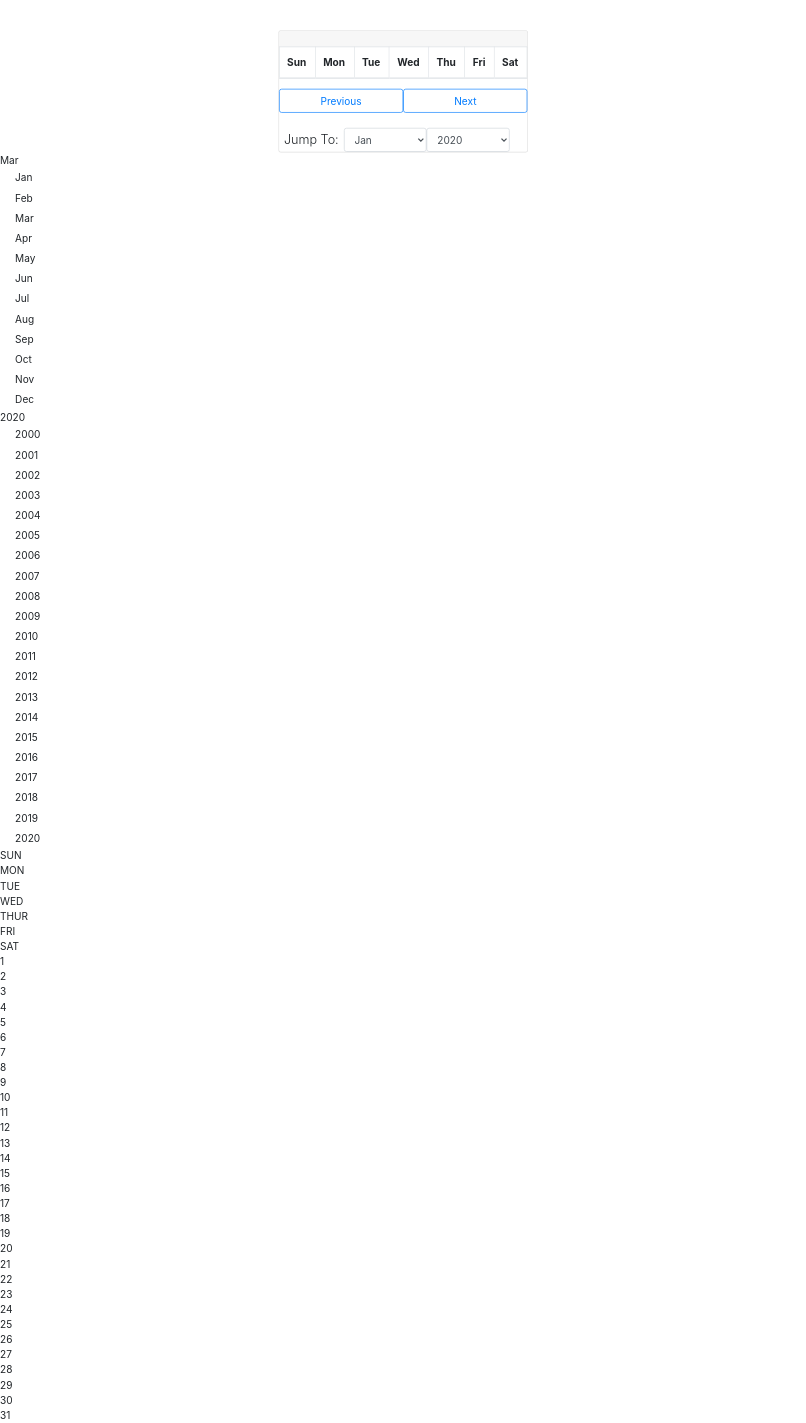
Repository: kkyler24/DayPlanner
Page: Index.html
An editor plug-in stored every save of this project. The page is shown before and after the next save, followed by the edit.
The browser window is 1280 px wide. The pictures show the whole page, at 63% of full size.
Some web libraries are served in a nearby version.

Above is the page before, as saved 2020-03-25 13:14:49.

### Index.html
<!DOCTYPE html>
<html lang="en">
<head>
    <meta charset="UTF-8">
    <meta name="viewport" content="width=device-width, initial-scale=1.0">
    <!-- Style Sheets -->
    <link rel="stylesheet" href="https://maxcdn.bootstrapcdn.com/bootstrap/4.0.0/css/bootstrap.min.css" integrity="sha384-Gn5384xqQ1aoWXA+058RXPxPg6fy4IWvTNh0E263XmFcJlSAwiGgFAW/dAiS6JXm" crossorigin="anonymous">
    <link rel="text/CSS"  href="style.css">
    <title>Planner</title>
</head>
<body>
<Main>
<Section>
    <div class="container col-sm-4 col-md-7 col-lg-4 mt-5">
        <div class="card">
            <h3 class="card-header" id="monthAndYear"></h3>
            <table class="table table-bordered table-responsive-md" id="calendar">
                <thead>
                <tr>
                    <th>Sun</th>
                    <th>Mon</th>
                    <th>Tue</th>
                    <th>Wed</th>
                    <th>Thu</th>
                    <th>Fri</th>
                    <th>Sat</th>
                </tr>
                </thead>

                <tbody id="calendar-body">

                </tbody>
            </table>

            <div class="form-inline">

                <button class="btn btn-outline-primary col-sm-6" id="previous" onclick="previous()">Previous</button>

                <button class="btn btn-outline-primary col-sm-6" id="next" onclick="next()">Next</button>
            </div>
            <br/>
            <form class="form-inline">
                <label class="lead mr-2 ml-2" for="month">Jump To: </label>
                <select class="form-control col-sm-4" name="month" id="month" onchange="jump()">
                    <option value=0>Jan</option>
                    <option value=1>Feb</option>
                    <option value=2>Mar</option>
                    <option value=3>Apr</option>
                    <option value=4>May</option>
                    <option value=5>Jun</option>
                    <option value=6>Jul</option>
                    <option value=7>Aug</option>
                    <option value=8>Sep</option>
                    <option value=9>Oct</option>
                    <option value=10>Nov</option>
                    <option value=11>Dec</option>
                </select>


                <label for="year"></label><select class="form-control col-sm-4" name="year" id="year" onchange="jump()">

                <option value=2020>2020</option>
                <option value=2021>2021</option>
                <option value=2022>2022</option>
                <option value=2023>2023</option>
                <option value=2024>2024</option>
                <option value=2025>2025</option>
                <option value=2026>2026</option>
                <option value=2027>2027</option>
                <option value=2028>2028</option>
                <option value=2029>2029</option>
                <option value=2030>2030</option>
                <option value=2030>2030</option>
                <option value=2030>2030</option>
                <option value=2030>2030</option>
                <option value=2030>2030</option>
            </select></form>
        </div>
    </div>
    <!--<button name="jump" onclick="jump()">Go</button>-->
    <div class="calendar" id="calendar">
        <div class="calendar-btn month-btn" onclick="$('#months').toggle('fast')">
            <span id="curMonth"></span>
            <div id="months" class="months dropdown"></div>
        </div>

        <div class="calendar-btn year-btn" onclick="$('#years').toggle('fast')">
            <span id="curYear"></span>
            <div id="years" class="years dropdown"></div>
        </div>

        <div class="clear"></div>

        <div class="calendar-dates">
            <div class="days">
                <div class="day label">SUN</div>
                <div class="day label">MON</div>
                <div class="day label">TUE</div>
                <div class="day label">WED</div>
                <div class="day label">THUR</div>
                <div class="day label">FRI</div>
                <div class="day label">SAT</div>

                <div class="clear"></div>
            </div>

            <div id="calendarDays" class="days">
            </div>
        </div>
    </div>

</Section>
</Main>
<script src="https://code.jquery.com/jquery-3.2.1.slim.min.js" integrity="sha384-KJ3o2DKtIkvYIK3UENzmM7KCkRr/rE9/Qpg6aAZGJwFDMVNA/GpGFF93hXpG5KkN" crossorigin="anonymous"></script>
<script src="https://cdnjs.cloudflare.com/ajax/libs/popper.js/1.12.9/umd/popper.min.js" integrity="sha384-ApNbgh9B+Y1QKtv3Rn7W3mgPxhU9K/ScQsAP7hUibX39j7fakFPskvXusvfa0b4Q" crossorigin="anonymous"></script>
<script src="https://maxcdn.bootstrapcdn.com/bootstrap/4.0.0/js/bootstrap.min.js" integrity="sha384-JZR6Spejh4U02d8jOt6vLEHfe/JQGiRRSQQxSfFWpi1MquVdAyjUar5+76PVCmYl" crossorigin="anonymous"></script>
<!-- <script src="https://cdnjs.cloudflare.com/ajax/libs/jquery/3.2.1/jquery.min.js"></script> -->
<Script src="javascript.js"></Script>
</body>
</html>

### javascript.js
var months = ["Jan", "Feb", "Mar", "Apr", "May", "Jun", "Jul", "Aug", "Sep", "Oct", "Nov", "Dec"];
var startYear = 2000;
var endYear = 2020;
var month = 0;
var year = 0;

function loadCalendarMonths() {
    for (var i = 0; i < months.length; i++) {
        var doc = document.createElement("div");
        doc.innerHTML = months[i];
        doc.classList.add("dropdown-item");

        doc.onclick = (function () {
            var selectedMonth = i;
            return function () {
                month = selectedMonth;
                document.getElementById("curMonth").innerHTML = months[month];
                loadCalendarDays();
                return month;
            }
        })();

        document.getElementById("months").appendChild(doc);
    }
}

function loadCalendarYears() {
    document.getElementById("years").innerHTML = "";

    for (var i = startYear; i <= endYear; i++) {
        var doc = document.createElement("div");
        doc.innerHTML = i;
        doc.classList.add("dropdown-item");

        doc.onclick = (function () {
            var selectedYear = i;
            return function () {
                year = selectedYear;
                document.getElementById("curYear").innerHTML = year;
                loadCalendarDays();
                return year;
            }
        })();

        document.getElementById("years").appendChild(doc);
    }
}

function loadCalendarDays() {
    document.getElementById("calendarDays").innerHTML = "";

    var tmpDate = new Date(year, month, 0);
    var num = daysInMonth(month, year);
    var dayofweek = tmpDate.getDay();       // find where to start calendar day of week

    for (var i = 0; i <= dayofweek; i++) {
        var d = document.createElement("div");
        d.classList.add("day");
        d.classList.add("blank");
        document.getElementById("calendarDays").appendChild(d);
    }

    for (var i = 0; i < num; i++) {
        var tmp = i + 1;
        var d = document.createElement("div");
        d.id = "calendarday_" + i;
        d.className = "day";
        d.innerHTML = tmp;

        document.getElementById("calendarDays").appendChild(d);
    }

    var clear = document.createElement("div");
    clear.className = "clear";
    document.getElementById("calendarDays").appendChild(clear);
}

function daysInMonth(month, year)
{
    var d = new Date(year, month+1, 0);
    return d.getDate();
}

window.addEventListener('load', function () {
    var date = new Date();
    month = date.getMonth();
    year = date.getFullYear();
    document.getElementById("curMonth").innerHTML = months[month];
    document.getElementById("curYear").innerHTML = year;
    loadCalendarMonths();
    loadCalendarYears();
    loadCalendarDays();
});

After the next save:
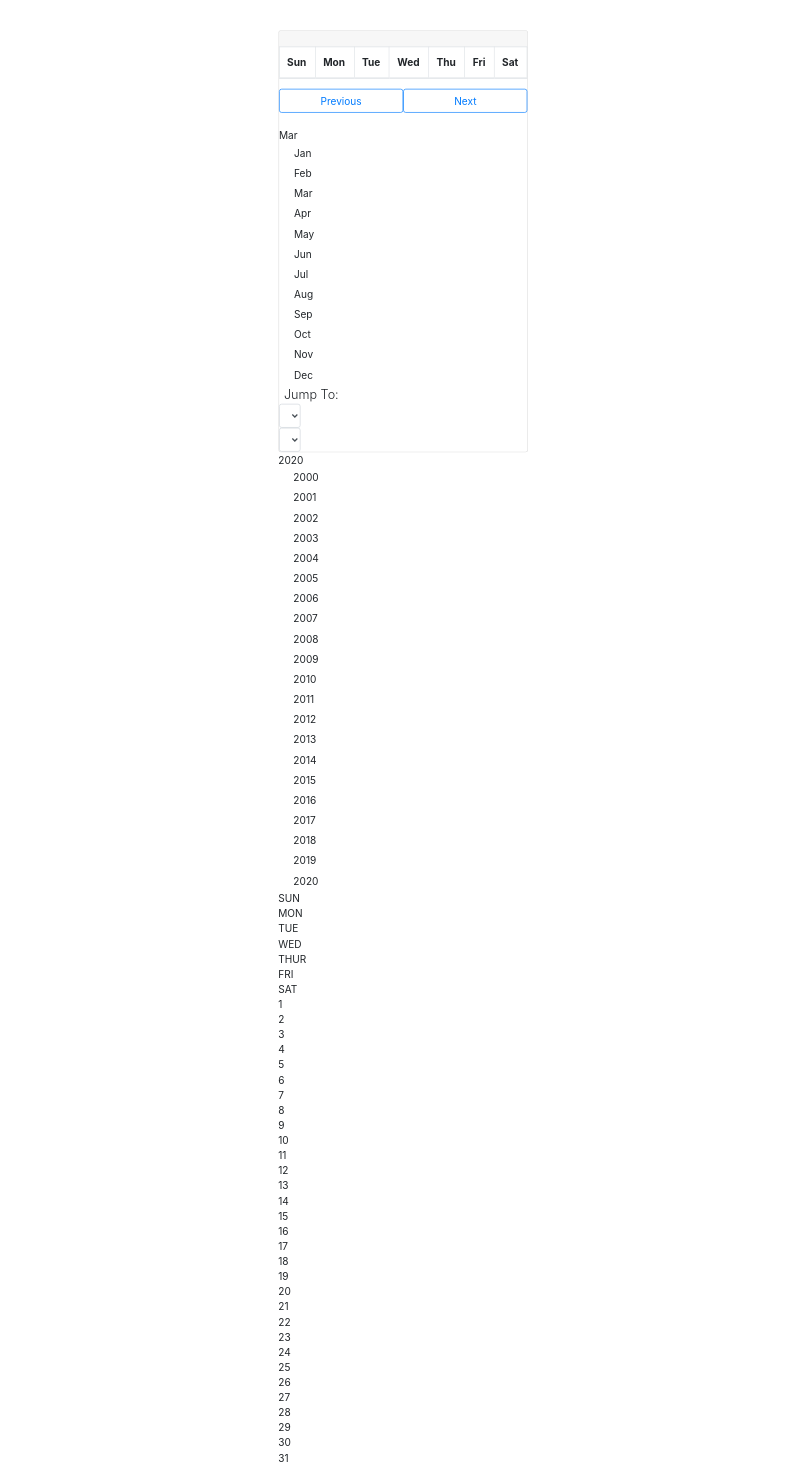
Saved 68 s later.
--- a/Index.html
+++ b/Index.html
@@ -40,6 +40,11 @@
             </div>
             <br/>
             <form class="form-inline">
+                <div class="calendar" id="calendar">
+                    <div class="calendar-btn month-btn" onclick="$('#months').toggle('fast')">
+                        <span id="curMonth"></span>
+                        <div id="months" class="months dropdown"></div>
+                    </div>
                 <label class="lead mr-2 ml-2" for="month">Jump To: </label>
                 <select class="form-control col-sm-4" name="month" id="month" onchange="jump()">
                     <option value=0>Jan</option>
@@ -78,11 +83,7 @@
         </div>
     </div>
     <!--<button name="jump" onclick="jump()">Go</button>-->
-    <div class="calendar" id="calendar">
-        <div class="calendar-btn month-btn" onclick="$('#months').toggle('fast')">
-            <span id="curMonth"></span>
-            <div id="months" class="months dropdown"></div>
-        </div>
+
 
         <div class="calendar-btn year-btn" onclick="$('#years').toggle('fast')">
             <span id="curYear"></span>
